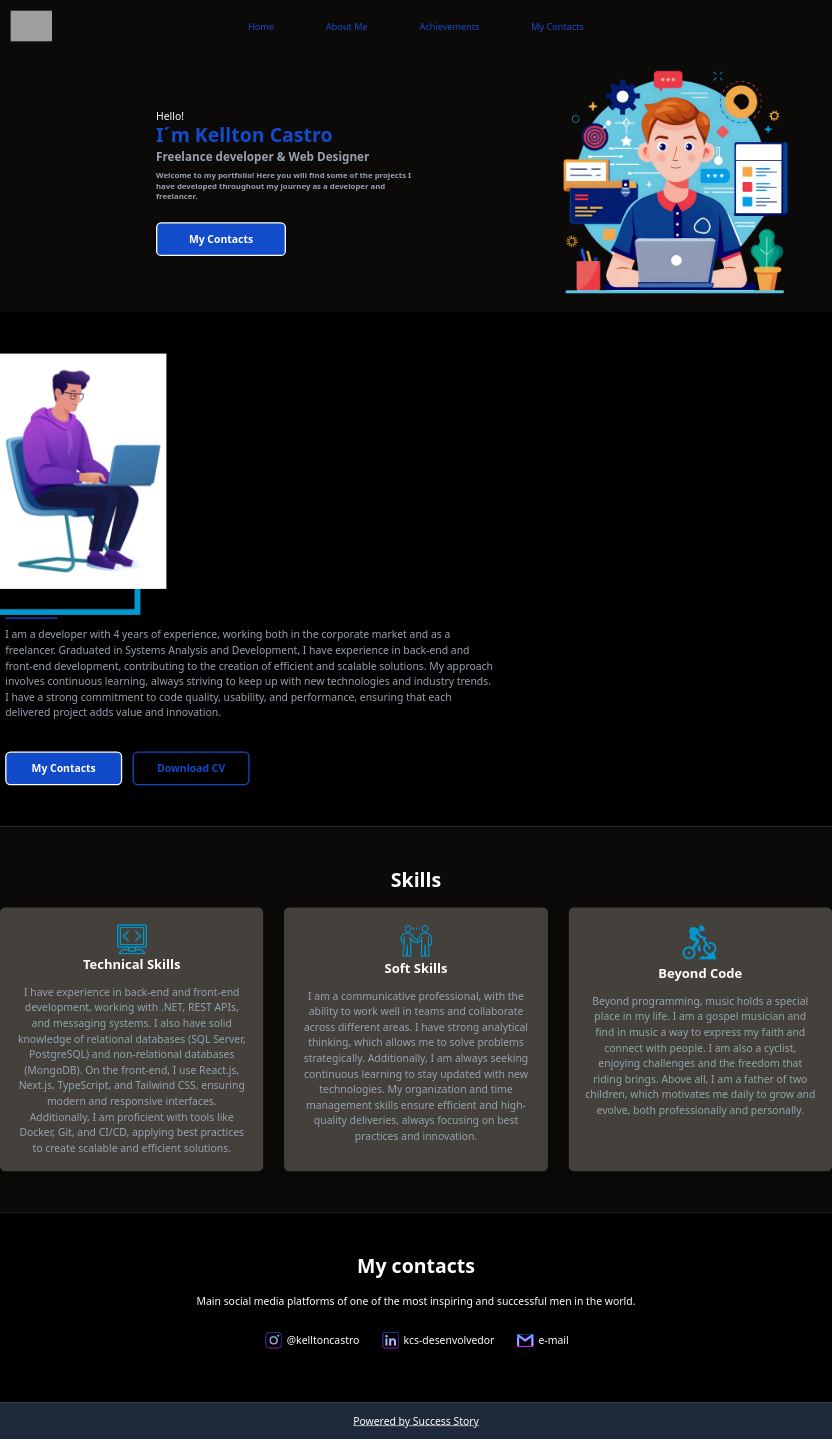
Repository: kcsdesenvolvedor/portfolio
Page: src/index.html
An editor plug-in stored every save of this project. The page is shown before and after the next save, followed by the edit.
The browser window is 1280 px wide. The pictures show the whole page, at 65% of full size.
Pictures or frames that could not be fetched are drawn as grey boxes.

Above is the page before, as saved 2025-02-21 21:06:59.
Console error: TypeError: Cannot read properties of null (reading 'textContent')

### src/index.html
<!DOCTYPE html>
<html lang="en">
<head>
    <meta charset="UTF-8">
    <meta name="viewport" content="width=device-width, initial-scale=1.0">
    <link rel="icon" href="./img/favicon.png" type="image/x-icon">
    <link href="./output.css" rel="stylesheet">
    <title>Mansour-Page</title>
    <style>
        .typing-container {
        font-family: 'Courier New', monospace;
        font-size: 24px;
        color: #333;
        white-space: nowrap;
        overflow: hidden;
        border-right: 2px solid black;
        display: inline-block;
        animation: blink-caret 0.7s step-end infinite;
        }

        #typing-text {
            height: 40px;
        }

        @keyframes blink-caret {
        from, to {
            border-color: transparent;
        }
        50% {
            border-color: black;
        }
        }


        @keyframes fadeIn {
            from {
                opacity: 0;
                transform: translateY(20px);
            }
            to {
                opacity: 1;
                transform: translateY(0);
            }
        }

        .fade-in {
            animation: fadeIn 1s ease-in-out;
        }
    </style>
</head>
<body class="bg-gray-100 font-sans">
    <header>
        <nav class="fixed top-0 z-50 w-full px-4 py-4 flex justify-between items-center bg-stone-950">
            <a class="text-3xl font-bold leading-none" href="#">
                <img class="w-16" src="./img/logo.png" alt="">
            </a>
            <div class="lg:hidden">
                <button class="navbar-burger flex items-center text-blue-600 p-3">
                    <svg class="block h-4 w-4 fill-current" viewBox="0 0 20 20" xmlns="http://www.w3.org/2000/svg">
                        <title>Mobile menu</title>
                        <path d="M0 3h20v2H0V3zm0 6h20v2H0V9zm0 6h20v2H0v-2z"></path>
                    </svg>
                </button>
            </div>
            <ul class="hidden absolute top-1/2 left-1/2 transform -translate-y-1/2 -translate-x-1/2 lg:mx-auto lg:flex lg:items-center lg:w-auto lg:space-x-20">
                <li><a class="text-sm text-blue-600/80 dark:text-sky-400/80 hover:text-white" href="#home">Home</a></li>
                <li><a class="text-sm text-blue-600/80 dark:text-sky-400/80 hover:text-white" href="#about">About Me</a></li>
                <li><a class="text-sm text-blue-600/80 dark:text-sky-400/80 hover:text-white" href="#achievements">Achievements</a></li>
                <li><a class="text-sm text-blue-600/80 dark:text-sky-400/80 hover:text-white" href="#contact">My Contacts</a></li>
            </ul>
        </nav>
        <div class="navbar-menu fixed top-0 z-50 w-full hidden">
            <div class="navbar-backdrop fixed inset-0 bg-gray-800 opacity-25"></div>
            <nav class="fixed top-0 left-0 bottom-0 flex flex-col w-5/6 max-w-sm py-6 px-6 bg-white border-r overflow-y-auto">
                <div class="flex items-center mb-8">
                    <a class="mr-auto text-3xl font-bold leading-none" href="#">
                        <img class="w-16" src="./img/logo.png" alt="">
                    </a>
                    <button class="navbar-close">
                        <svg class="h-6 w-6 text-gray-400 cursor-pointer hover:text-gray-500" xmlns="http://www.w3.org/2000/svg" fill="none" viewBox="0 0 24 24" stroke="currentColor">
                            <path stroke-linecap="round" stroke-linejoin="round" stroke-width="2" d="M6 18L18 6M6 6l12 12"></path>
                        </svg>
                    </button>
                </div>
                <div>
                    <ul>
                        <li class="mb-1">
                            <a class="navbar-itemMenu block p-4 text-sm font-semibold text-gray-400 hover:bg-blue-50 hover:text-blue-600 rounded" href="#home">Home</a>
                        </li>
                        <li class="mb-1">
                            <a class="navbar-itemMenu block p-4 text-sm font-semibold text-gray-400 hover:bg-blue-50 hover:text-blue-600 rounded" href="#about">About Me</a>
                        </li>
                        <li class="mb-1">
                            <a class="navbar-itemMenu block p-4 text-sm font-semibold text-gray-400 hover:bg-blue-50 hover:text-blue-600 rounded" href="#achievements">Achievements</a>
                        </li>
                        <li class="mb-1">
                            <a class="navbar-itemMenu block p-4 text-sm font-semibold text-gray-400 hover:bg-blue-50 hover:text-blue-600 rounded" href="#contact">My Contacts</a>
                        </li>
                        <li>
                            <div class="border-t-2">
                                <a class="navbar-itemMenu block p-4 text-sm font-semibold text-gray-400 hover:bg-blue-50 hover:text-blue-600 rounded" href="https://kcode2025.github.io/sucess-history" target="_blank">Success Story</a>
                            </div>
                        </li>
                    </ul>
                </div>
                <div class="mt-auto">

                    <a href="https://kcode2025.github.io/sucess-history" target="_blank">
                        <p class="my-4 text-xs text-center text-gray-400">
                            Powered by Success Story
                        </p>
                    </a>
                </div>
            </nav>
        </div>
    </header>


    <!-- Home Section -->
    <section id="home" class="flex flex-col-reverse lg:flex-row lg:justify-around justify-between bg-stone-950 text-white text-center pt-20 lg:pb-0 pb-5 px-10 fade-in">
        <!-- Div do texto -->
        <div class="self-center w-full flex items-center justify-center">
            <div class="flex flex-col lg:w-2/4"> <!-- Ajuste essa div para ocupar 100% da largura -->
                <p class="text-md text-left">
                    Hello!
                </p>
                <p class="text-3xl text-blue-600/80 dark:text-sky-400/80 text-left font-semibold">
                    I´m Kellton Castro
                </p>
                <p class="text-lg text-gray-400 text-left font-semibold mb-2">
                    Freelance developer & Web Designer
                </p>
                <p class="text-xs text-gray-400 text-left font-semibold mb-8">
                    Welcome to my portfolio! Here you will find some of the projects I have developed throughout my journey as a developer and freelancer.
                </p>
                <a href="#contact" class="bg-blue-600/80 dark:bg-sky-400/80 text-white font-bold w-2/4 py-3 px-6 border-2 rounded-lg shadow-lg hover:bg-black hover:text-blue-600/80 hover:dark:text-sky-400/80 hover:border-blue-600/80 hover:dark:border-sky-400/80 hover:border-2 transition delay-150 duration-300 ease-in-out">
                    My Contacts
                </a>
            </div>
        </div>

        <!-- Div da imagem -->
        <div class="flex justify-center lg:justify-end lg:w-2/4">
            <img class="min-w-2/4 object-contain" src="./img/perfil-portfolio2.png">
        </div>
    </section>

    <!-- Sobre -->
    <section id="about" class="flex flex-col content-center justify-center space-x-20 py-16 bg-black border-r-gray-900 fade-in">
        <div class="relative">
            <!-- Moldura (posição de fundo) -->
            <img src="./img/moldura.png" class="w-3xs h-3xs absolute -left-10 top-10" alt="moldura do perfil">

            <!-- Imagem de perfil (fica por cima) -->
            <img src="./img/perfil-portfolio1.png" class="w-3xs h-3xs relative z-10" alt="meu perfil">
        </div>
        <div class="px-2 w-3xl">
            <h3 class="text-3xl text-white font-bold mb-2">About me</h3>
            <div class="w-20 h-0.5 bg-blue-600/80 dark:bg-sky-400/80 mb-3"></div>
            <p class="text-gray-400 text-left w-full mb-12">
                I am a developer with 4 years of experience, working both in the corporate market and as a freelancer. Graduated in Systems Analysis and Development, I have experience in back-end and front-end development, contributing to the creation of efficient and scalable solutions. My approach involves continuous learning, always striving to keep up with new technologies and industry trends. I have a strong commitment to code quality, usability, and performance, ensuring that each delivered project adds value and innovation.
            </p>
            <div class="flex w-2/4 gap-4">
                <a href="#contact" class="bg-blue-600/80 dark:bg-sky-400/80 text-center text-white font-bold w-2/4 py-3 px-6 border-2 rounded-lg shadow-lg hover:bg-black hover:text-blue-600/80 hover:dark:text-sky-400/80 hover:border-blue-600/80 hover:dark:border-sky-400/80 hover:border-2 transition delay-150 duration-300 ease-in-out">
                    My Contacts
                </a>
                <a href="#contact" class="bg-black text-center border-blue-600/80 dark:border-sky-400/80 text-blue-600/80 dark:text-sky-400/80 font-bold w-2/4 py-3 px-6 border-2 rounded-lg shadow-lg hover:text-white hover:border-white hover:border-2 transition delay-150 duration-300 ease-in-out">
                    Download CV
                </a>
            </div>
        </div>
    </section>


    <!-- Serviços -->
    <section id="achievements" class="py-16 bg-stone-950 fade-in">
        <div class="container mx-auto text-center">
            <h3 class="text-3xl text-white font-bold mb-6">Skills</h3>
            <div class="grid grid-cols-1 md:grid-cols-3 gap-8">
                <div class="flex flex-col items-center bg-stone-700 p-6 rounded-lg shadow-lg transition delay-150 duration-300 transform hover:scale-105 hover:shadow-xl">
                    <img src="./img/hard-skills.png" alt="image hard skills">
                    <h4 class="text-xl text-white font-bold mb-4">Technical Skills</h4>
                    <p class="text-gray-400">I have experience in back-end and front-end development, working with .NET, REST APIs, and messaging systems. I also have solid knowledge of relational databases (SQL Server, PostgreSQL) and non-relational databases (MongoDB). On the front-end, I use React.js, Next.js, TypeScript, and Tailwind CSS, ensuring modern and responsive interfaces. Additionally, I am proficient with tools like Docker, Git, and CI/CD, applying best practices to create scalable and efficient solutions.</p>
                </div>
                <div class="flex flex-col items-center bg-stone-700 p-6 rounded-lg shadow-lg transition delay-150 duration-300 transform hover:scale-105 hover:shadow-xl">
                    <img src="./img/soft-skills.png" class="h-14" alt="image soft skills">
                    <h4 class="text-xl text-white font-bold mb-4">Soft Skills</h4>
                    <p class="text-gray-400">I am a communicative professional, with the ability to work well in teams and collaborate across different areas. I have strong analytical thinking, which allows me to solve problems strategically. Additionally, I am always seeking continuous learning to stay updated with new technologies. My organization and time management skills ensure efficient and high-quality deliveries, always focusing on best practices and innovation.</p>
                </div>
                <div class="flex flex-col items-center bg-stone-700 p-6 rounded-lg shadow-lg transition delay-150 duration-300 transform hover:scale-105 hover:shadow-xl">
                    <img src="./img/beyond-code.png" alt="imagem de beyond code">
                    <h4 class="text-xl text-white font-bold mb-4">Beyond Code</h4>
                    <p class="text-gray-400">Beyond programming, music holds a special place in my life. I am a gospel musician and find in music a way to express my faith and connect with people. I am also a cyclist, enjoying challenges and the freedom that riding brings. Above all, I am a father of two children, which motivates me daily to grow and evolve, both professionally and personally.</p>
                </div>
            </div>
        </div>
    </section>


    <!-- Contato -->
    <section id="contact" class="py-16 bg-black text-white text-center fade-in">
        <div class="container mx-auto px-2">
            <h3 class="text-3xl font-bold mb-6">My contacts</h3>
            <p class="mb-8">Main social media platforms of one of the most inspiring and successful men in the world.</p>
            <form class="max-w-lg mx-auto">
                <div class="flex flex-col justify-center lg:flex-row mb-4 gap-8">
                    <a href="https://www.cityfootballgroup.com/" target="_blank">
                        <div class="flex gap-1 items-center">
                            <img class="h-8 w-8" src="./img/instagram.png" alt="imagem do instagram">
                            <p class="text-1xl">@kelltoncastro</p>
                        </div>
                    </a>
                    <a href="https://x.com/HHmansour" target="_blank">
                        <div class="flex gap-1 items-center">
                            <img class="h-8 w-8" src="./img/linkedin.png" alt="imagem do linkedin">
                            <p class="text-1xl">kcs-desenvolvedor</p>
                        </div>
                    </a>
                    <a href="https://x.com/HHmansour" target="_blank">
                        <div class="flex gap-1 items-center">
                            <img class="h-8 w-8" src="./img/gmail.png" alt="imagem do gmail">
                            <p class="text-1xl">e-mail</p>
                        </div>
                    </a>
                </div>
            </form>
        </div>
    </section>

    <!-- Footer -->
    <footer class="bg-gray-800 text-white text-center py-4">
        <a class="cursor-pointer" href="https://kcode2025.github.io/sucess-history" target="_blank"><p class="underline">Powered by Success Story</p></a>
    </footer>

    <!-- Script -->
    <script>
        // Burger menus
        document.addEventListener('DOMContentLoaded', function() {
            // open
            const burger = document.querySelectorAll('.navbar-burger');
            const menu = document.querySelectorAll('.navbar-menu');

            if (burger.length && menu.length) {
                for (var i = 0; i < burger.length; i++) {
                    burger[i].addEventListener('click', function() {
                        for (var j = 0; j < menu.length; j++) {
                            menu[j].classList.toggle('hidden');
                        }
                    });
                }
            }

            // close
            const close = document.querySelectorAll('.navbar-close');
            const backdrop = document.querySelectorAll('.navbar-backdrop');
            const itemMenu = document.querySelectorAll('.navbar-itemMenu');

            if (close.length) {
                for (var i = 0; i < close.length; i++) {
                    close[i].addEventListener('click', function() {
                        for (var j = 0; j < menu.length; j++) {
                            menu[j].classList.toggle('hidden');
                        }
                    });
                }
            }

            if (backdrop.length) {
                for (var i = 0; i < backdrop.length; i++) {
                    backdrop[i].addEventListener('click', function() {
                        for (var j = 0; j < menu.length; j++) {
                            menu[j].classList.toggle('hidden');
                        }
                    });
                }
            }

            if (itemMenu.length) {
                for (var i = 0; i < itemMenu.length; i++) {
                    itemMenu[i].addEventListener('click', function() {
                        for (var j = 0; j < menu.length; j++) {
                            menu[j].classList.toggle('hidden');
                        }
                    });
                }
            }
        });

        // animação de digitação

        const texts = [
        "Visionary Leader",
        "Sports Enthusiast",
        "City Football Group Owner",
        "Innovative Investor",
        "Philanthropist",
        "Economic Pioneer",
        "Influential Figure",
        "Strategic Thinker",
        "Cultural Advocate",
        "Inspiring Icon"
        ];

        let currentTextIndex = 0;
        let charIndex = 0;
        const typingSpeed = 100; // Velocidade de digitação (ms por caractere)
        const erasingSpeed = 50; // Velocidade de apagar
        const delayBetweenTexts = 2000; // Tempo antes de trocar para o próximo texto

        const typingElement = document.getElementById("typing-text");

        function typeText() {
        if (charIndex < texts[currentTextIndex].length) {
            typingElement.textContent += texts[currentTextIndex].charAt(charIndex);
            charIndex++;
            setTimeout(typeText, typingSpeed);
        } else {
            setTimeout(eraseText, delayBetweenTexts);
        }
        }

        function eraseText() {
        if (charIndex > 0) {
            typingElement.textContent = texts[currentTextIndex].substring(0, charIndex - 1);
            charIndex--;
            setTimeout(eraseText, erasingSpeed);
        } else {
            currentTextIndex = (currentTextIndex + 1) % texts.length;
            setTimeout(typeText, typingSpeed);
        }
        }

        // Começar a animação
        document.addEventListener("DOMContentLoaded", () => {
        setTimeout(typeText, delayBetweenTexts);
        });

        </script>
</body>
</html>

Loaded but not shown: src/output.css (3548 lines, source omitted)

After the next save:
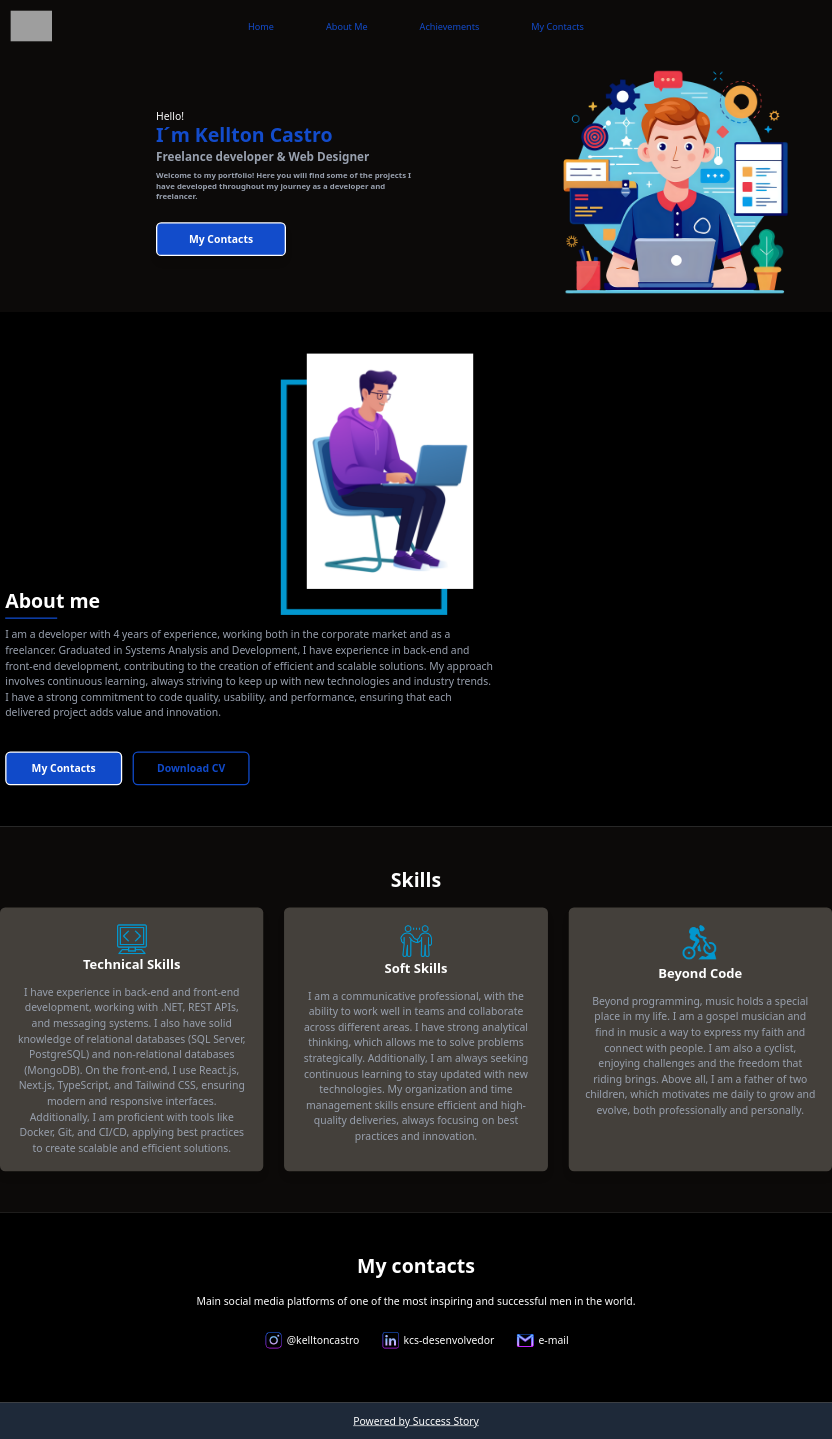
Saved 104 s later.
--- a/src/index.html
+++ b/src/index.html
@@ -147,7 +147,7 @@
 
     <!-- Sobre -->
     <section id="about" class="flex flex-col content-center justify-center space-x-20 py-16 bg-black border-r-gray-900 fade-in">
-        <div class="relative">
+        <div class="relative self-center">
             <!-- Moldura (posição de fundo) -->
             <img src="./img/moldura.png" class="w-3xs h-3xs absolute -left-10 top-10" alt="moldura do perfil">
 
